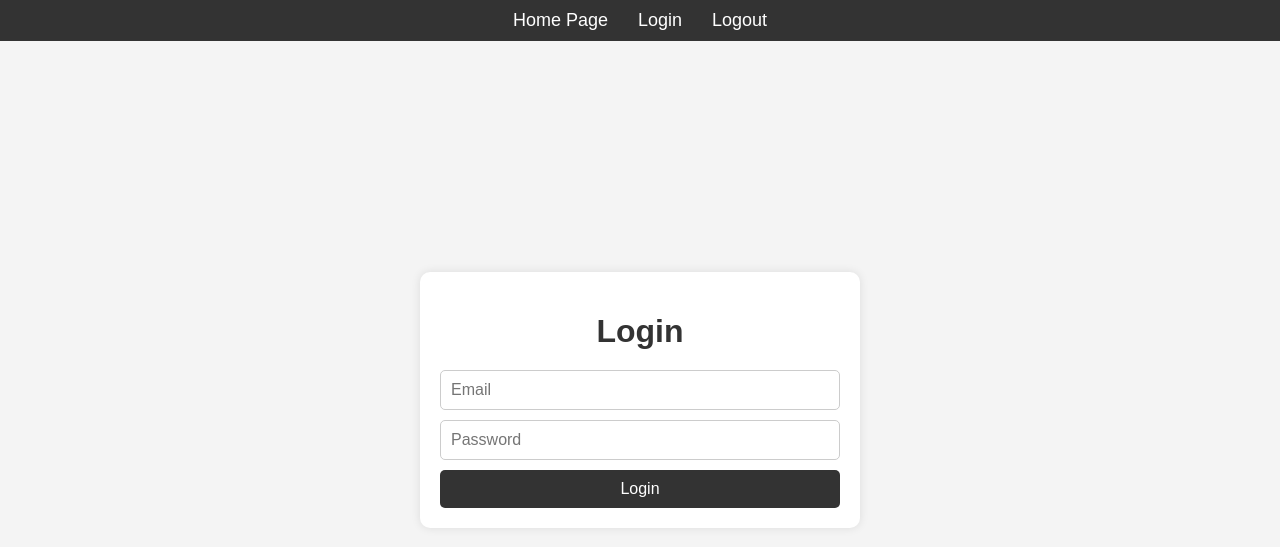
Repository: MostafaMohamed2001/Auth2
Page: http://localhost/auth/login
These files come from the project's save history. The page is drawn as it stood at one moment and after a run of saves; the edit follows.
The browser window is 1280 px wide. The pictures show the whole page.
The page is served by the project's Node server (index.js).

Above is the page before, as saved 2024-07-07 00:50:48.

After the next 2 saves:
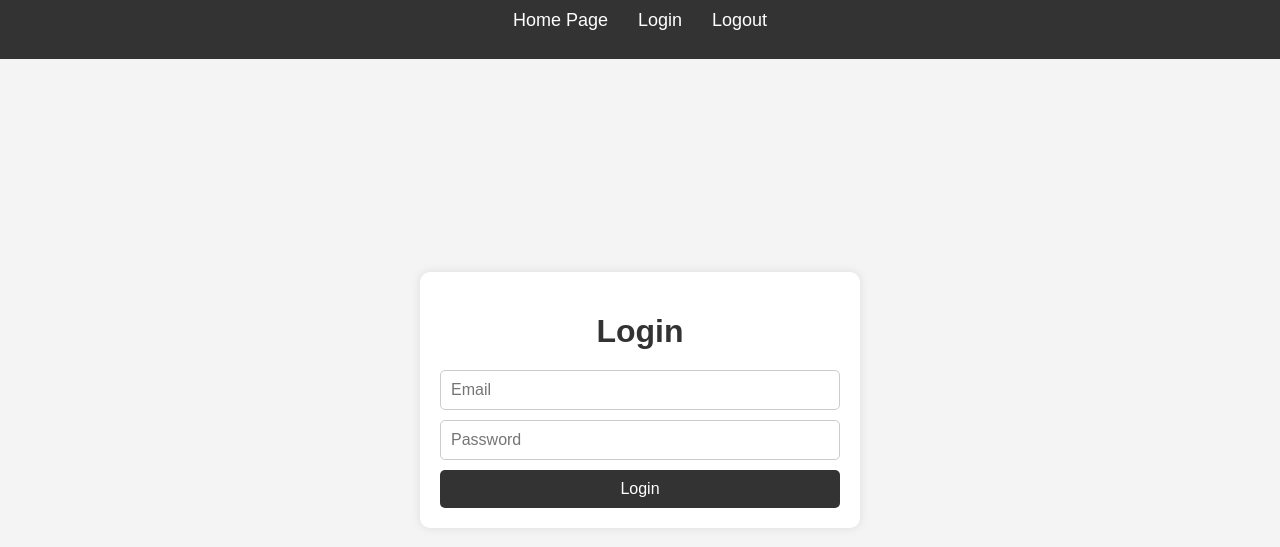
The 2 saves are shown as one change because they came seconds apart.
The last was saved 68 s later.
--- a/views/login.ejs
+++ b/views/login.ejs
@@ -91,7 +91,7 @@
     input[type="submit"]:hover {
       background-color: #555;
     }
-  </style>
+  </style
 </head>
 <body>
   <nav>
@@ -99,7 +99,7 @@
       <li><a href="/">Home Page</a></li>
       <li><a href="/auth/login">Login</a></li>
       <li><a href="/auth/logout">Logout</a></li>
-    </ul>
+    </ul>b
   </nav>
 
   <main>

After the 3 saves that followed:
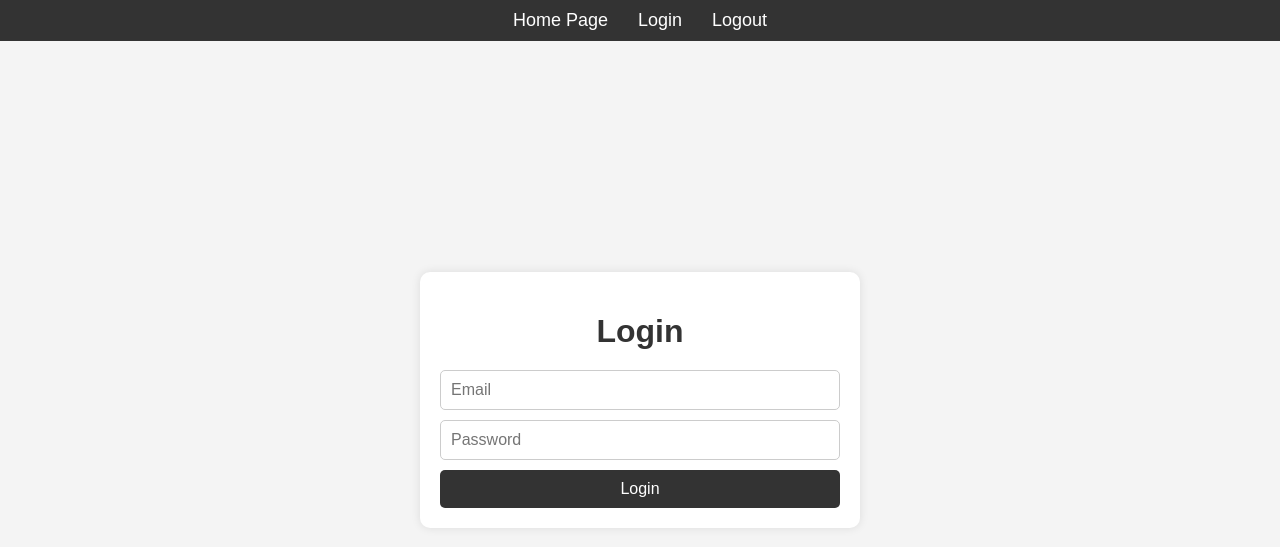
The 3 saves are shown as one change because they came seconds apart.
The last was saved 11 s later.
--- a/views/login.ejs
+++ b/views/login.ejs
@@ -91,7 +91,7 @@
     input[type="submit"]:hover {
       background-color: #555;
     }
-  </style
+  </style>
 </head>
 <body>
   <nav>
@@ -99,7 +99,7 @@
       <li><a href="/">Home Page</a></li>
       <li><a href="/auth/login">Login</a></li>
       <li><a href="/auth/logout">Logout</a></li>
-    </ul>b
+    </ul>
   </nav>
 
   <main>
